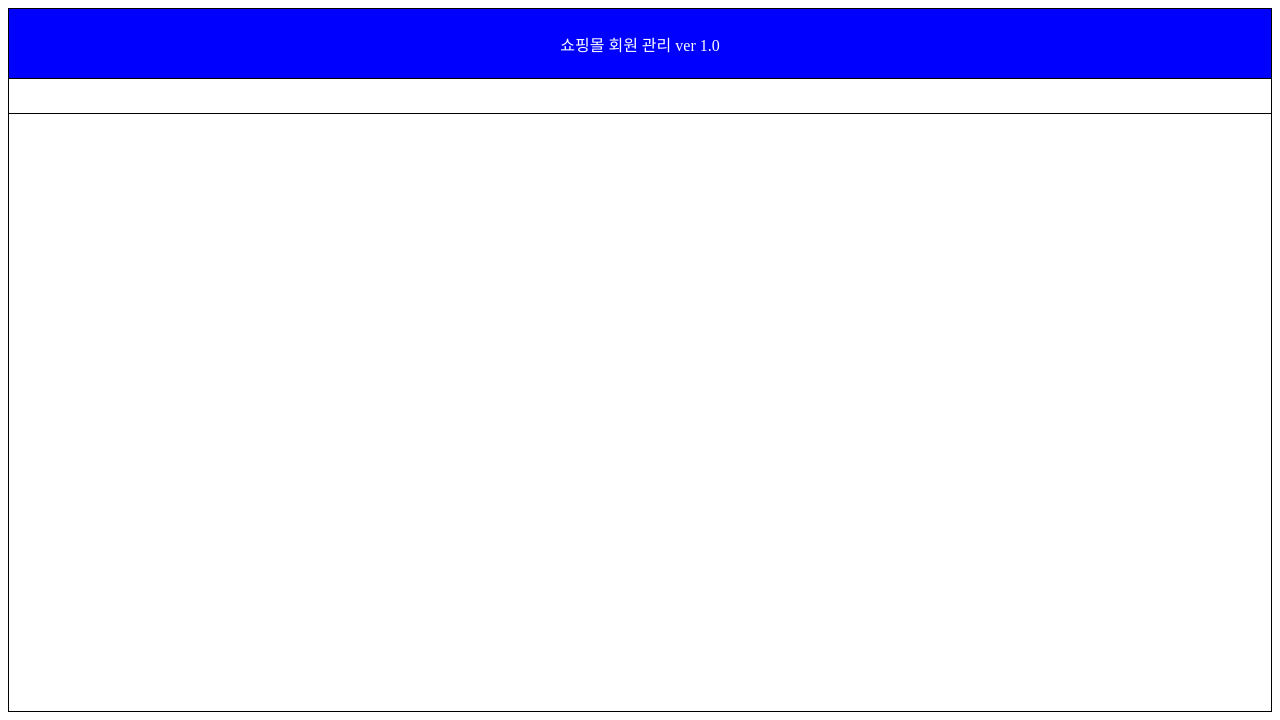
Repository: choigobin/Programming
Page: http://localhost/HRD1118/
The author's editor kept a copy of each file at every save. The page is drawn from the files as they stood at one save, then again after the next save.
The browser window is 1280 px wide. The pictures show the whole page.
The page is served by Tomcat 9. Other server files are loaded and not shown.

Above is the page before, as saved 2019-11-18 02:49:08.

### YangJung/workspace/HRD1118/WebContent/index.jsp
<%@ page language="java" contentType="text/html; charset=UTF-8"
    pageEncoding="UTF-8"%>
<html>
<head>
<style>
table {
	height: 100%; width:100%;
	border-collapse: collapse;
	border: solid white 1px;
	}
tr,td{
	border: solid black 1px;
	}
</style>
<meta charset="UTF-8">
<title>Insert title here</title>
</head>
<body>
<table>
<jsp:include page="header.jsp"/>
<jsp:include page="nav.jsp"/>
<tr>
<td>

</td>
</tr>
</table>
</body>
</html>

### YangJung/workspace/HRD1118/WebContent/header.jsp
<%@ page language="java" contentType="text/html; charset=UTF-8"
    pageEncoding="UTF-8"%>
<tr height="10%">
<td bgcolor="blue" align="center">
<span style="color: white; font-size:'20px';">쇼핑몰 회원 관리 ver 1.0</span>
</td>
</tr>

### YangJung/workspace/HRD1118/WebContent/nav.jsp
<%@ page language="java" contentType="text/html; charset=UTF-8"
    pageEncoding="UTF-8"%>
<tr height="5%">
<td>

</td>
</tr>

After the next save:
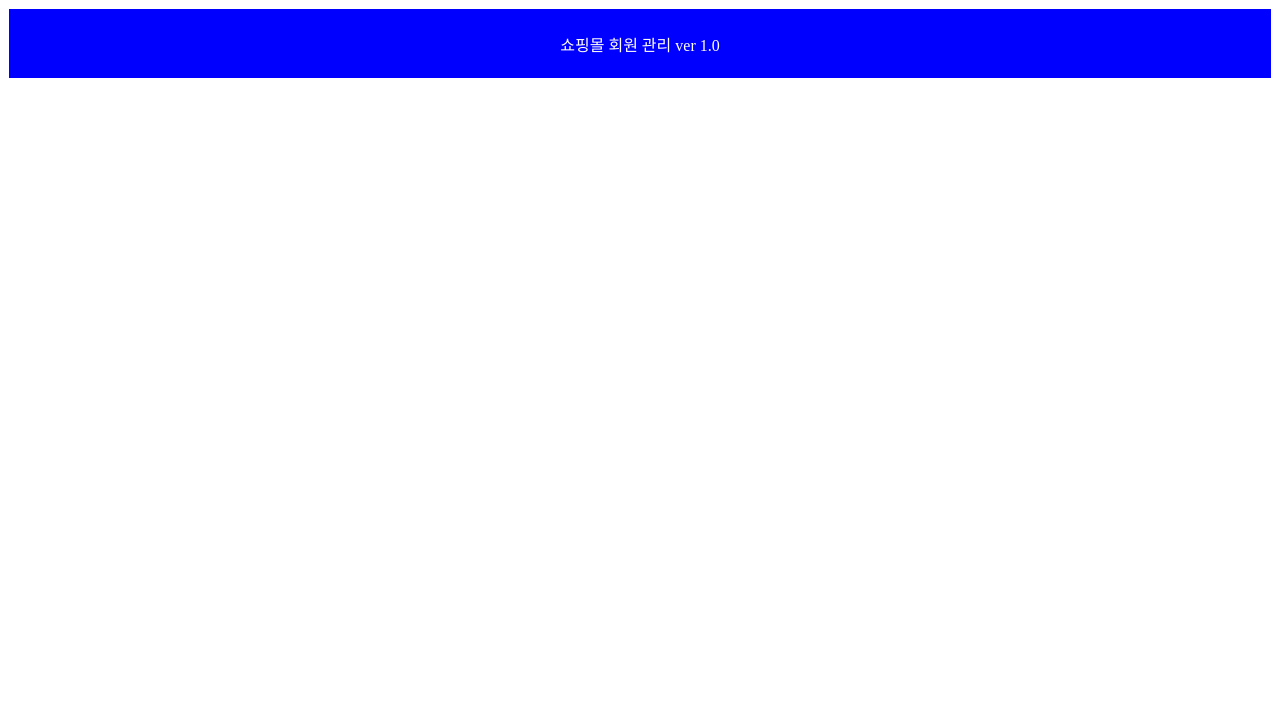
Saved 20 s later.
--- a/YangJung/workspace/HRD1118/WebContent/index.jsp
+++ b/YangJung/workspace/HRD1118/WebContent/index.jsp
@@ -9,7 +9,7 @@ table {
 	border: solid white 1px;
 	}
 tr,td{
-	border: solid black 1px;
+	border: solid white 1px;
 	}
 </style>
 <meta charset="UTF-8">
